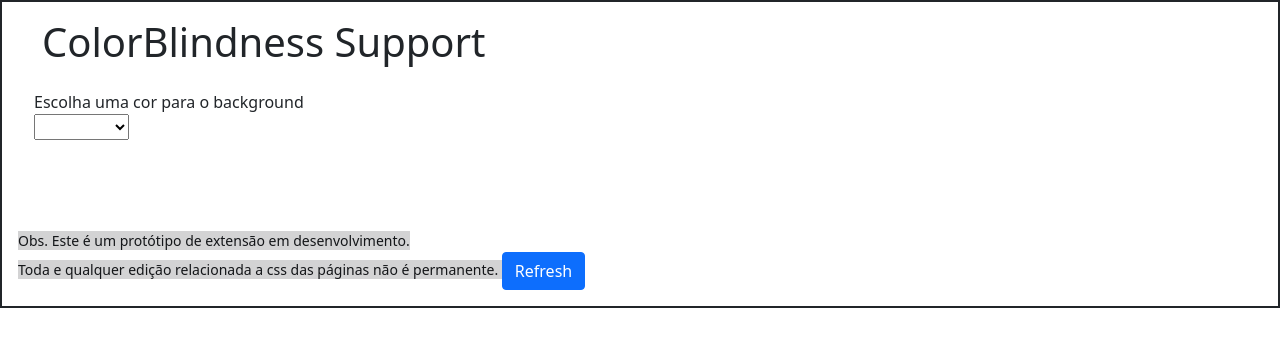
Repository: pedrosiqueira/daltonchrome
Page: popup.html
The author's editor kept a copy of each file at every save. The page is drawn from the files as they stood at one save, then again after the next save.
The browser window is 1280 px wide. The pictures show the whole page.

Above is the page before, as saved 2022-06-17 13:20:49.

After the next save:
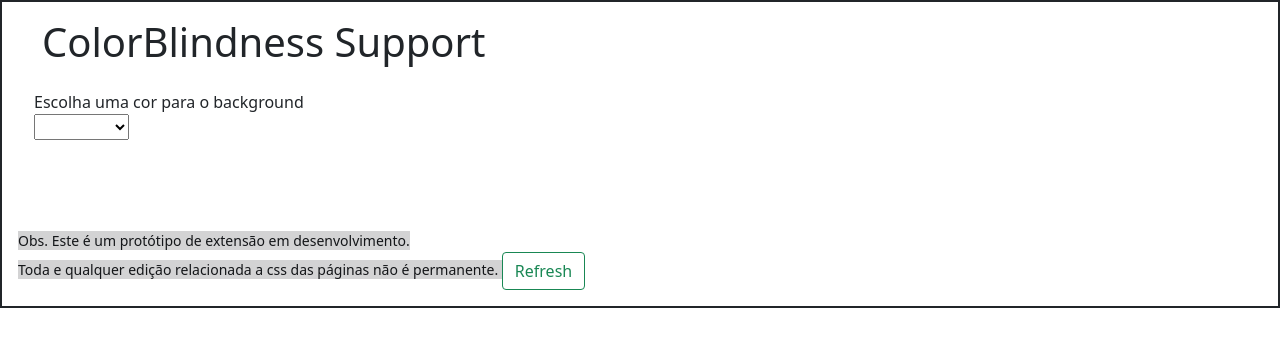
Saved 28 s later.
--- a/popup.html
+++ b/popup.html
@@ -35,7 +35,7 @@
     <alert id="alert" class="alert-dark form-text">Obs. Este é um protótipo de extensão em desenvolvimento.<br>
     Toda e qualquer edição relacionada a css das páginas não é permanente.
     </alert>
-    <button id="refresh" class="btn btn-primary border-radius-35"type="button">
+    <button id="refresh" class="btn btn-outline-success"type="button">
     Refresh
     </button>
 
